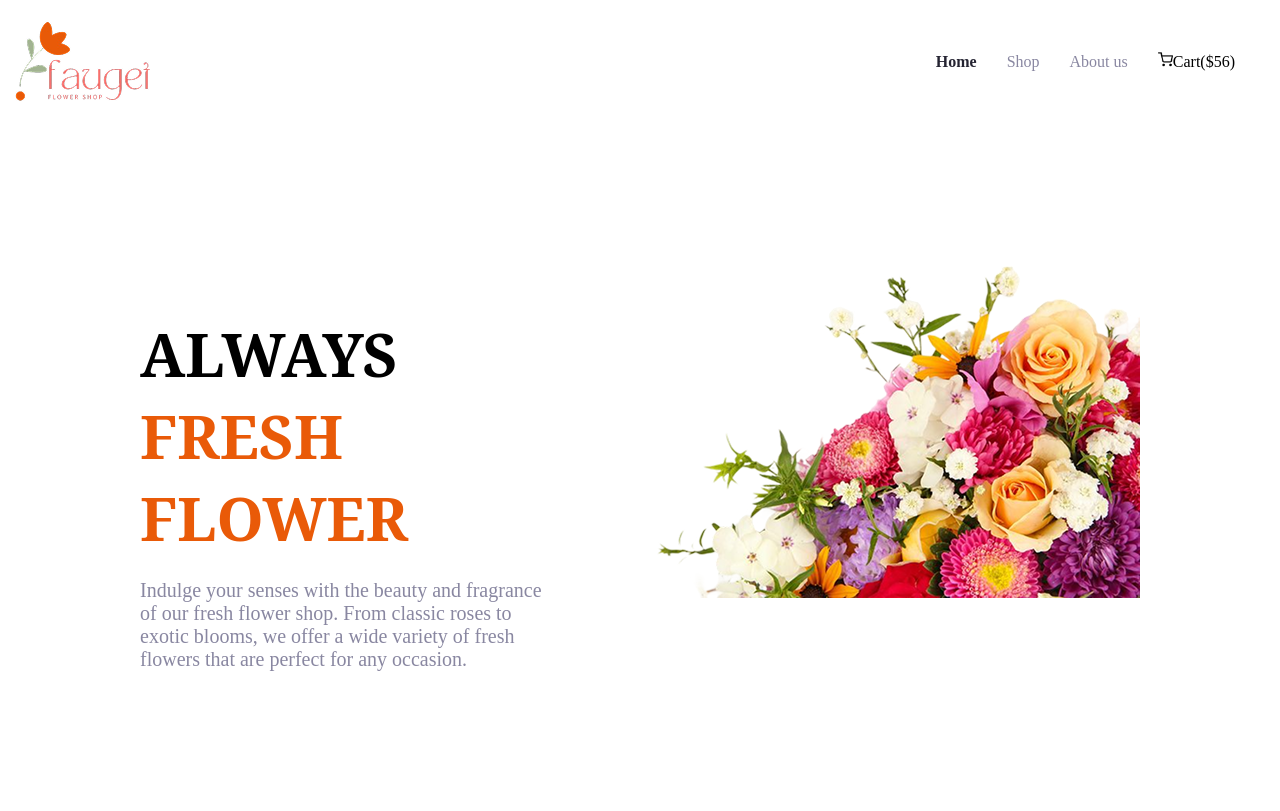
Repository: dollyrakhe22/Flowers-main-website
Page: index.html
These files come from the project's save history. The page is drawn as it stood at one moment and after the next save; the edit follows.
The browser window is 1280 px wide. The pictures show the whole page.
Some web libraries are served in a nearby version.

Above is the page before, as saved 2025-07-24 00:38:20.

### index.html
<!DOCTYPE html>
<html lang="en">
<head>
    <meta charset="UTF-8">
    <meta name="viewport" content="width=device-width, initial-scale=1.0">
    <title>Flowers Site</title>
    <link rel="stylesheet" href="style.css">
    <link rel="stylesheet" href="https://cdnjs.cloudflare.com/ajax/libs/font-awesome/7.0.0/css/all.min.css" integrity="sha512-DxV+EoADOkOygM4IR9yXP8Sb2qwgidEmeqAEmDKIOfPRQZOWbXCzLC6vjbZyy0vPisbH2SyW27+ddLVCN+OMzQ==" crossorigin="anonymous" referrerpolicy="no-referrer" />
</head>
<body >
    <header>
           <nav class="nav-bar display-flex">
                <img src="assets/logo.png" alt="" srcset="">


              <ul class="list-link display-flex">
                <li class="list-item text-black ">Home</li>
                <li class="list-item text-gray">Shop</li>
                <li class="list-item text-gray">About us</li>
                <li class="list-item"><img src="assets/shopping-cart (1).jpg" alt="" srcset=""width="15px" height="15px">Cart($56)</li>
             </ul>
           </nav>
 <!--Fresh Flowers-->
 <section class="flower-section display-flex">
  <div class="fresh-flower">
   <h1 class="flower-title noto-serif-normal">ALWAYS <span class="primary-color">FRESH<br> FLOWER</span></h1>
   <p class="flower-description text-gray">Indulge your senses with the beauty and fragrance of our fresh flower shop. From classic roses to exotic blooms,
     we offer a wide variety of fresh flowers that are perfect for any occasion. </p>
  </div>
  <div class="flower-img">
    <img src="assets/hero-flower.png" alt="" srcset="">
  </div>



 </section>











    </header>
    <main>

    </main>
    <footer>

    </footer>
</body>
</html>

### style.css
@import url('https://fonts.googleapis.com/css2?family=Noto+Serif:ital,wght@0,100..900;1,100..900&display=swap');

*{
    box-sizing: border-box;
    margin: 0;
    padding: 0;
}

.noto-serif-normal{
  font-family: "Noto Serif", serif;
  font-optical-sizing: auto;
  font-style: normal;

}
/*shared style*/
.display-flex{
    display: flex;
}
/*black*/
.text-black{
    color:#252432;
    font-weight: bold;
}
/*dark 02*/
.text-gray{
    color: #8987A1;
}
.primary-color{
    color:#E95A08;
}
/*navbar start*/
.nav-bar{
   justify-content: space-between;
   margin: 20px auto;
   max-width: 1250px;




}
.list-link{
    justify-items: center;
    justify-content: center;
    align-items: center;



}
nav ul li{
    list-style: none;
    margin-right: 30px;
}

/*Fresh Flower*/
.fresh-flower{
    margin-top: 70px;
}
.flower-section{
    max-width: 100%;
   margin: 140px;
   gap: 10px;
}
.flower-title{
      font-size: 3.75rem;
}
.flower-description{
    font-size: 1.25rem;
    margin-top: 20px;
}

After the next save:
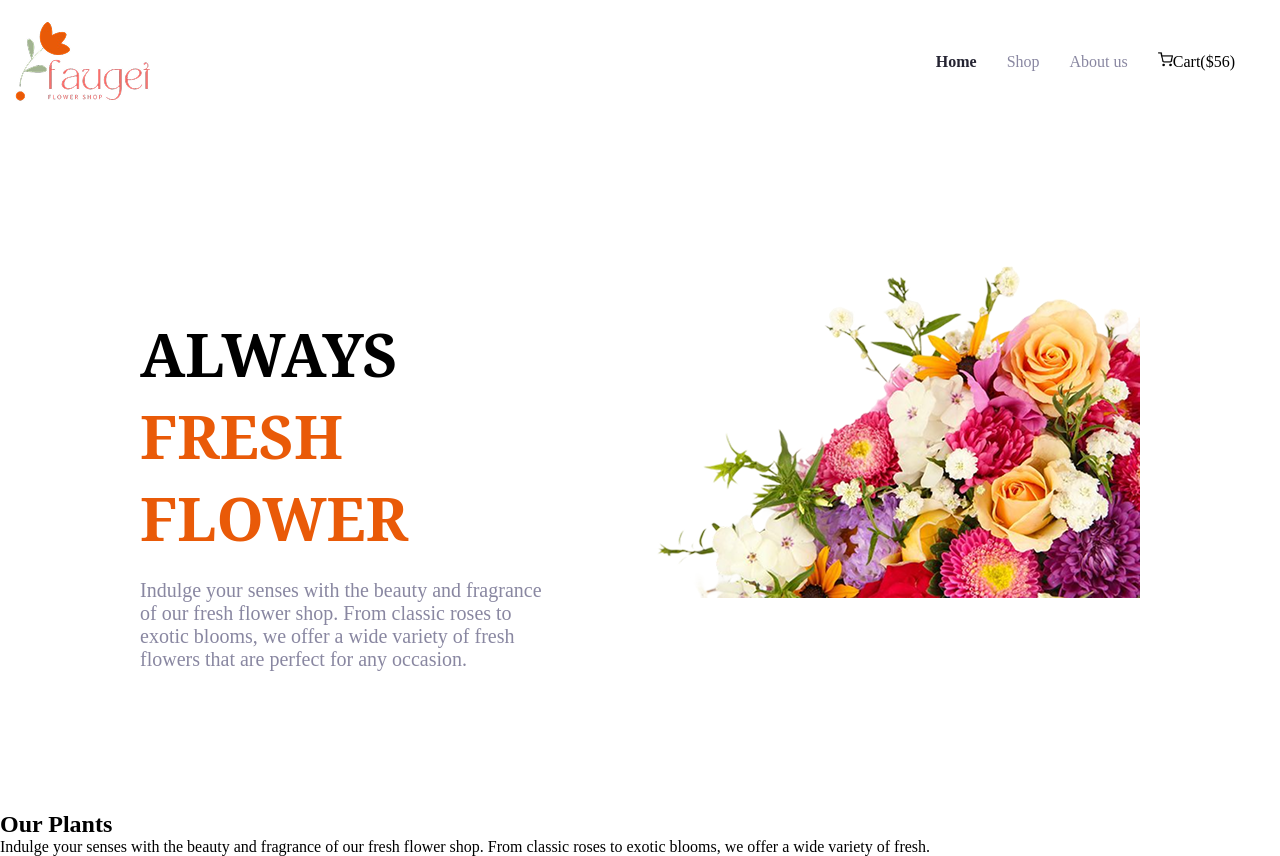
Saved 13 min 31 s later.
--- a/index.html
+++ b/index.html
@@ -31,10 +31,28 @@
     <img src="assets/hero-flower.png" alt="" srcset="">
   </div>
 
+ </section>
+ <!--Plants-->
+<section class="Plants-section">
+  <div class="plant">
+    <h1 class="plant-title">Our Plants</h1>
+    <p class="plant-description">Indulge your senses with the beauty and fragrance of our fresh flower shop.
+      From classic roses to exotic blooms, we offer a wide variety of fresh.</p>
 
 
- </section>
+  </div>
 
+
+
+
+
+
+
+
+
+
+
+</section>
 
 
 
